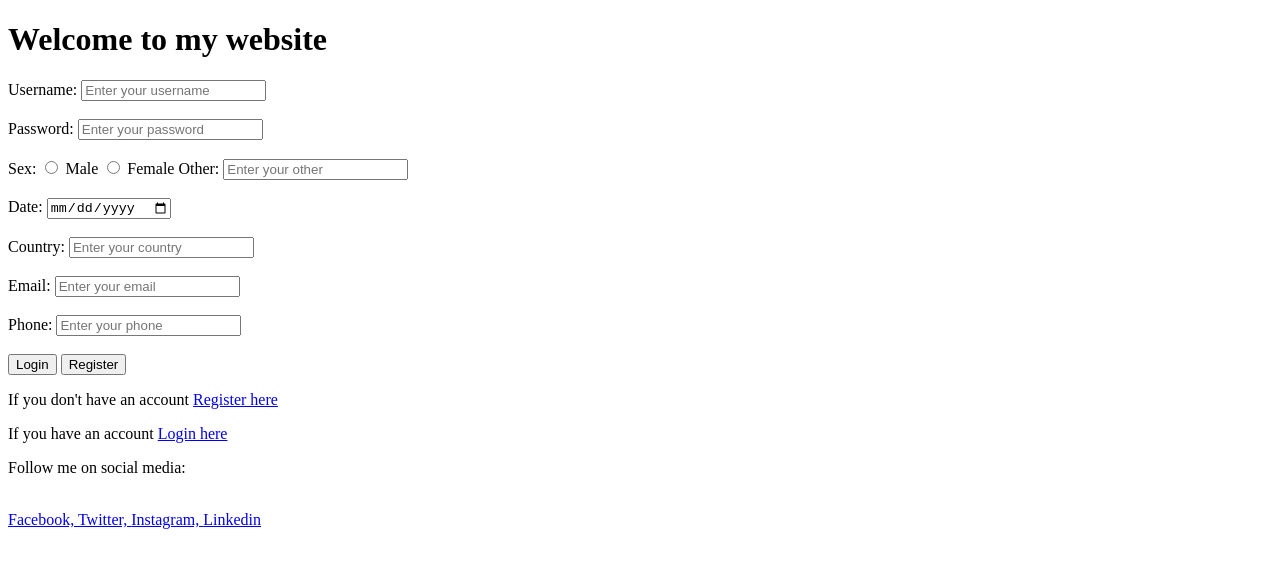
Repository: bao2222/hoc-lam-web
Page: welcome.html
These files come from the project's save history. The page is drawn as it stood at one moment and after the next save; the edit follows.
The browser window is 1280 px wide. The pictures show the whole page.

Above is the page before, as saved 2024-12-24 19:47:40.

### welcome.html
<!DOCTYPE html>
<html lang="en">

    <head>
        <meta charset="UTF-8">
        <title>Welcome</title>
        <meta content = "this is my website" name = "description">
        <meta author = "me">




    </head>

    <body>
        <h1>Welcome to my website</h1>
        <header>
            <div>
                <div>
                    <form action="#" method="post">
                        <label for="username">Username:</label>
                        <input type="text" id="username" name="username" placeholder="Enter your username" required><br><br>
                        <label for="password">Password:</label>
                        <input type="password" id="password" name="password" placeholder="Enter your password" required><br><br>
                        <label for="sex">Sex:</label>
                        <input type="radio" id="male" name="sex" value="male">
                        <label for="male">Male</label>
                        <input type="radio" id="female" name="sex" value="female">
                        <label for="female">Female</label>
                        <label for="other">Other:</label>
                        <input type="text" id="other" name="other" placeholder="Enter your other"><br><br>
                        <label for="date">Date:</label>
                        <input type="date" id="date" name="date"><br><br>
                        <label for="country">Country:</label>
                        <input type="text" id="country" name="country" placeholder="Enter your country" required><br><br>
                        <label for="email">Email:</label>
                        <input type="email" id="email" name="email" placeholder="Enter your email" required><br><br>
                        <label for="phone">Phone:</label>
                        <input type="tel" id="phone" name="phone" placeholder="Enter your phone" required><br><br>
                        <button type="submit">Login</button>
                        <button type="reset">Register</button>
                    </form>
                </div>

                <div>
                    <p>If you don't have an account <a href="register.html">Register here</a></p>
                </div>

                <div>
                    <p>If you have an account <a href="login.html">Login here</a></p>
                </div>

                <div>
                    <p>Follow me on social media: </p><br>
                    <a href="https://www.facebook.com/">Facebook, </a>
                    <a href="https://www.twitter.com/"> Twitter, </a>
                    <a href="https://www.instagram.com/"> Instagram, </a>
                    <a href="https://www.linkedin.com/"> Linkedin</a>
                </div>

                </div>





        </header>
        <main></main>
        <footer></footer>




    </body>





</html>

After the next save:
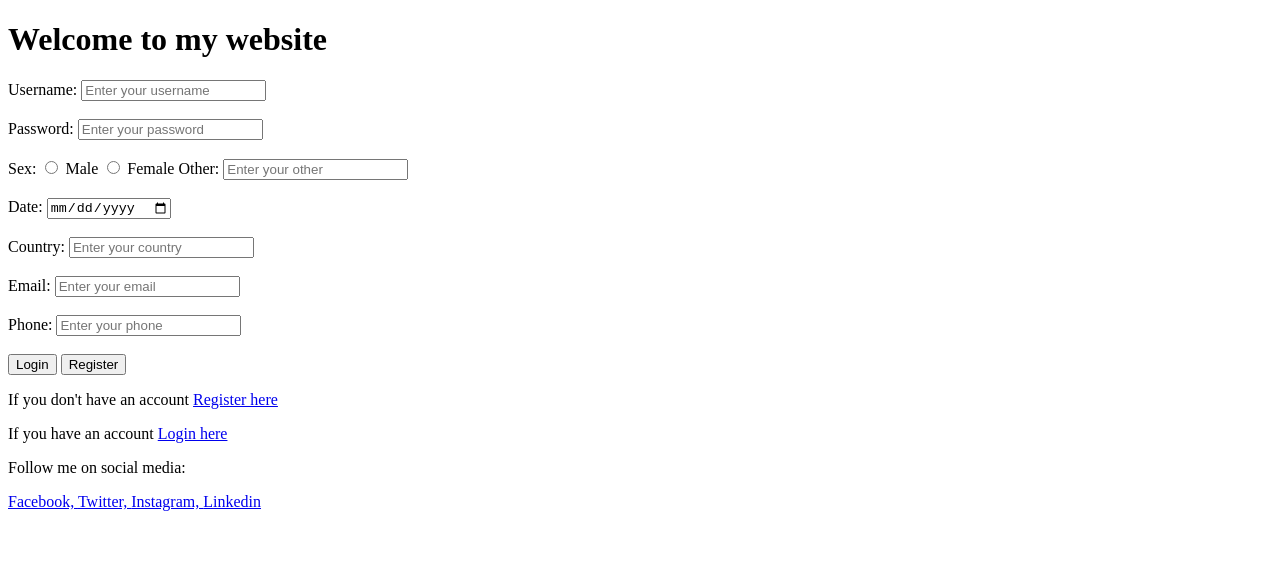
Saved 31 s later.
--- a/welcome.html
+++ b/welcome.html
@@ -51,7 +51,7 @@
                 </div>
 
                 <div>
-                    <p>Follow me on social media: </p><br>
+                    <p>Follow me on social media: </p>
                     <a href="https://www.facebook.com/">Facebook, </a>
                     <a href="https://www.twitter.com/"> Twitter, </a>
                     <a href="https://www.instagram.com/"> Instagram, </a>
